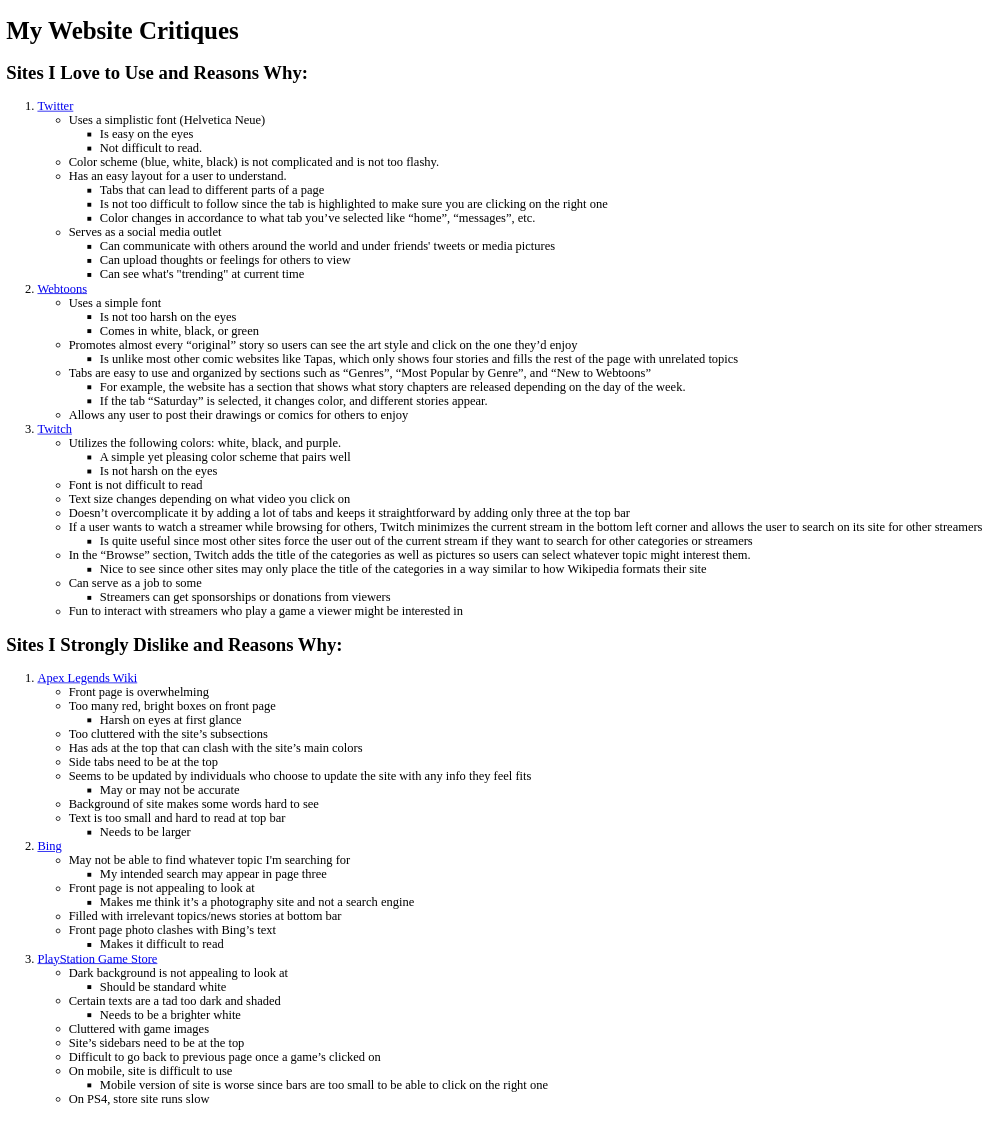
Repository: A-Vargas-GP/imm_my_website
Page: website_evals.html
The author's editor kept a record of every edit. The page is drawn from the files as they stood at one moment, then again after the next edit.
The browser window is 1280 px wide. The pictures show the whole page, at 78% of full size.

Above is the page before.

After the next edit:
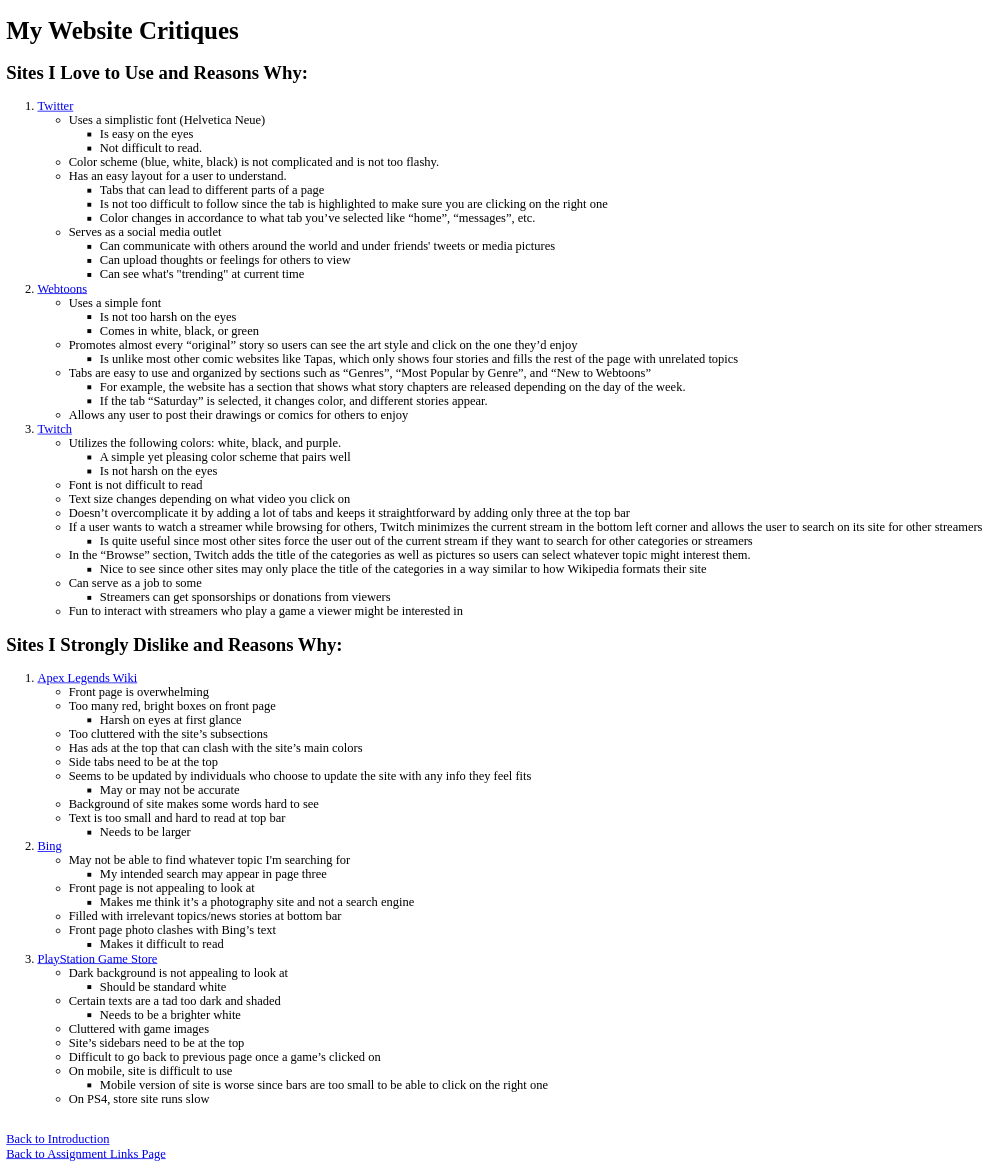
The edit:
--- a/website_evals.html
+++ b/website_evals.html
@@ -269,6 +269,9 @@
     </ol>
     <br />
 
+    <a href = "../introduction.html"> Back to Introduction </a>
+    <br />
+    <a href = "../../index.html"> Back to Assignment Links Page </a>
 
     </body>
 </html>
